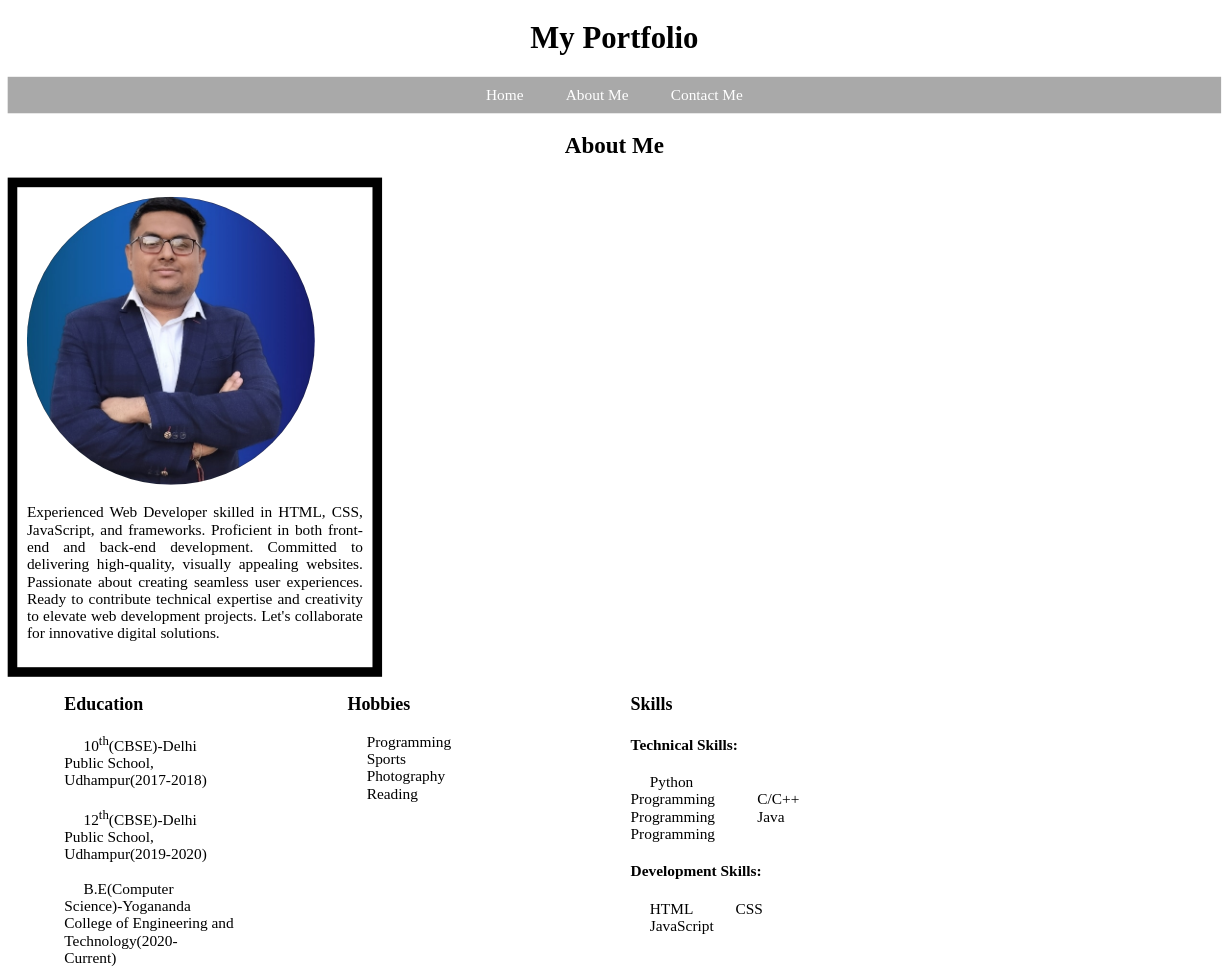
Repository: harshitanthal1/my_portfolio
Page: aboutme.html
These files come from the project's save history. The page is drawn as it stood at one moment and after the next save; the edit follows.
The browser window is 1280 px wide. The pictures show the whole page, at 96% of full size.

Above is the page before, as saved 2024-02-04 10:12:49.

### aboutme.html
<!DOCTYPE html>
<html lang="en">
<head>
    <meta charset="UTF-8">
    <meta name="viewport" content="width=device-width, initial-scale=1.0">
    <title>My Portfolio</title>
    <link rel="stylesheet" href="styles/styles.css" />
</head>
<body>
    <header><h1>My Portfolio</h1></header>
    <nav>
        <li><a href="index.html" target="_blank">Home</a></li>
        <li><a href="aboutme.html" target="_blank" >About Me</a></li>
        <li><a href="contactme.html" target="_blank" >Contact Me</a></li>
    </nav>
    <h2>About Me</h2>
    <main>
    <div id="profile">
        <img src="images/my_pic.jpg" width="300px" alt="Avatar" />
        <p>
            Experienced Web Developer skilled in HTML, CSS, JavaScript, and frameworks. Proficient in both front-end and back-end development. Committed to delivering high-quality, visually appealing websites. Passionate about creating seamless user experiences. Ready to contribute technical expertise and creativity to elevate web development projects. Let's collaborate for innovative digital solutions.
        </p>
        </div>
    <div id="info">
        <div class="sub-box">
            <h3>Education</h3>
            <li>10<sup>th</sup>(CBSE)-Delhi Public School, Udhampur(2017-2018)</li>
            <br/>
            <br/>
            <li>12<sup>th</sup>(CBSE)-Delhi Public School, Udhampur(2019-2020)</li>
            <br />
            <br/>
            <li>B.E(Computer Science)-Yogananda College of Engineering and Technology(2020-Current)</li>
        </div>
        <div class="sub-box">
            <h3>Hobbies</h3>
            <li>Programming</li>
            <li>Sports</li>
            <li>Photography</li>
            <li>Reading</li>
        </div>
        <div class="sub-box">
            <h3>Skills</h3>
            <h4>Technical Skills:</h4>
            <li>Python Programming</li>
            <li>C/C++ Programming</li>
            <li>Java Programming</li>
            <h4>Development Skills:</h4>
            <li>HTML</li>
            <li>CSS</li>
            <li>JavaScript</li>
        </div>
    </div>
    </main>
</body>
</html>

### styles/styles.css
header {
    text-align: center;
}

nav {
    background-color: darkgrey;
    color: white;
    padding: 10px;
    text-align: center;
}

li {
    display: inline;
    margin-right: 20px;
    margin-left: 20px;
}

a {
    text-decoration: none;
    color: white;
}

main {
    display: flex;
    flex-direction: column;
}

#profile {
    width: 29%;
    margin-right: 1%;;
    padding: 10px;
    width: 350px;
    border: 10px solid black;
}

#info {
    display: flex;
    width: 70%;
    justify-content: space-around;
}

.sub-box {
    width: 20%;
}

p {
    text-align: justify;
}

img {
    border-radius: 50%;
}

h2 {
    text-align: center;
}

After the next save:
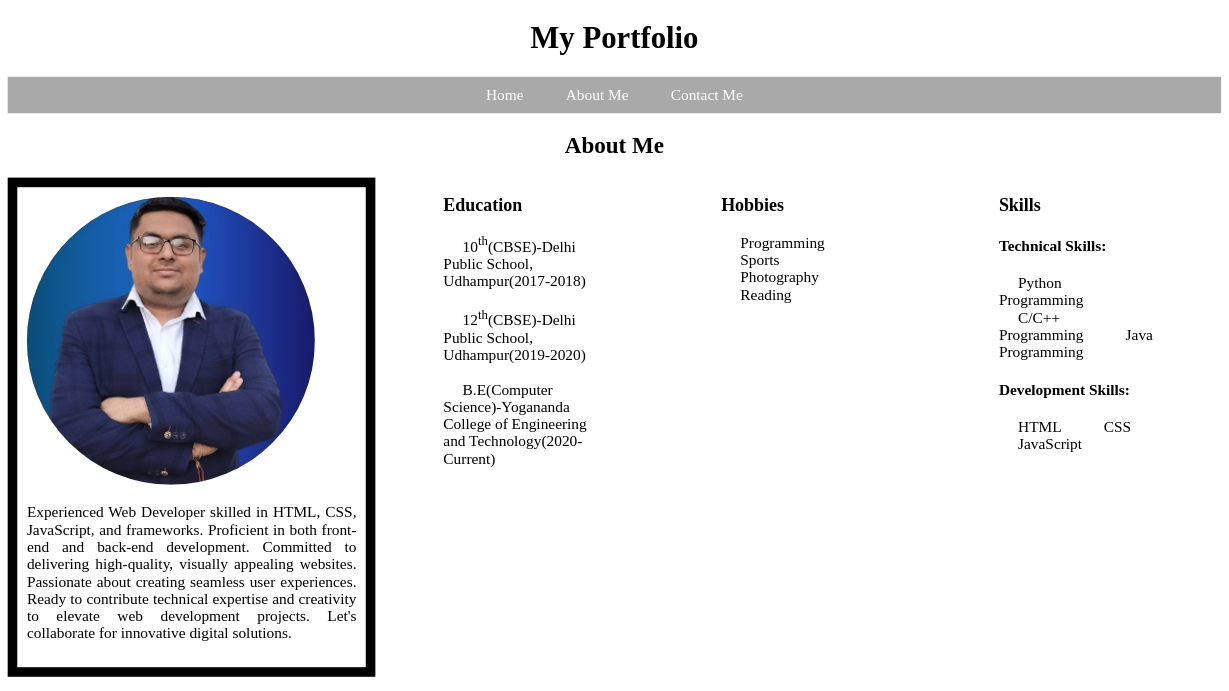
Saved 20 s later.
--- a/styles/styles.css
+++ b/styles/styles.css
@@ -22,7 +22,7 @@ a {
 
 main {
     display: flex;
-    flex-direction: column;
+    flex-direction: row;
 }
 
 #profile {
